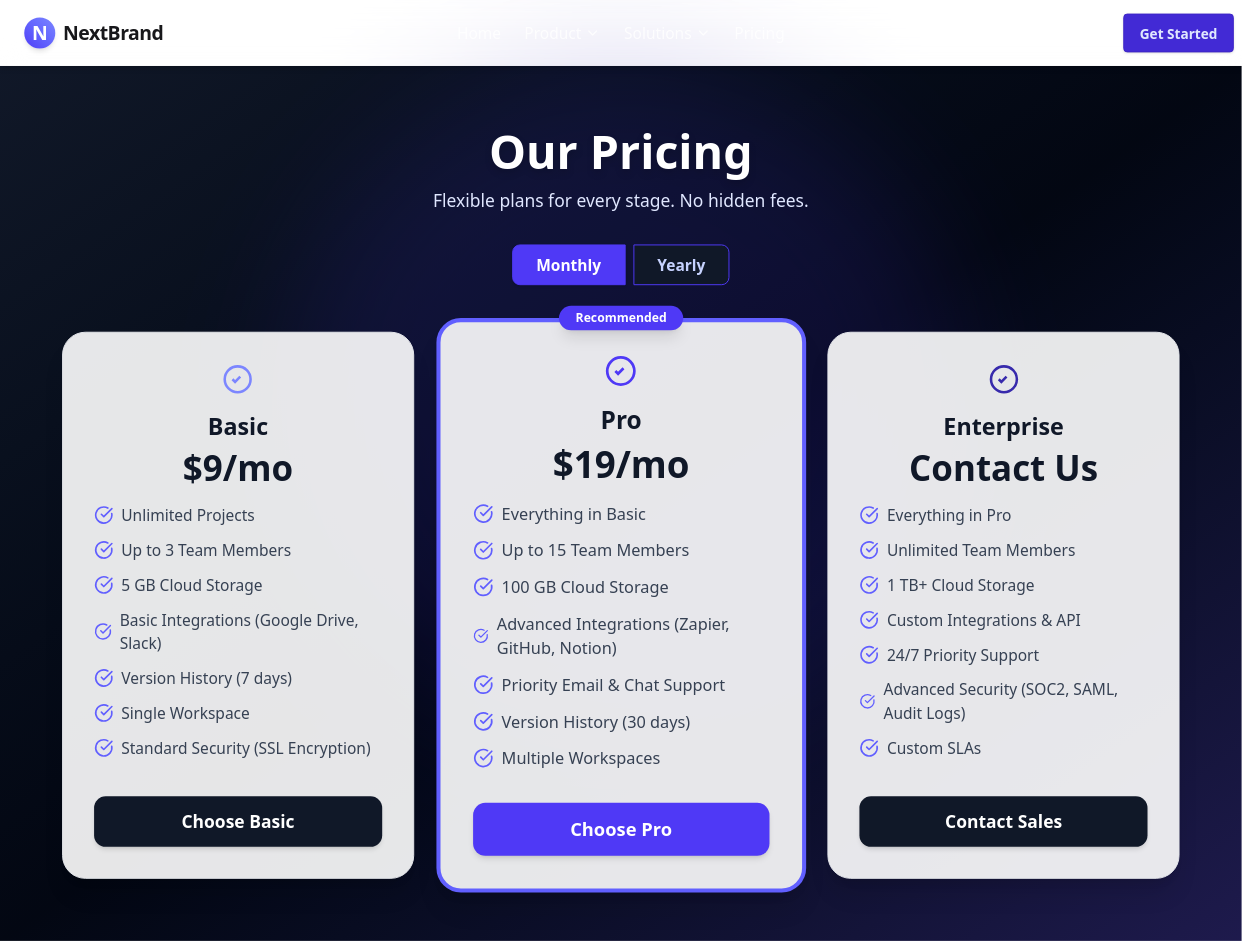
Repository: Chiranshukapil/Next_Brand
Page: /pricing
These files come from the project's save history. The page is drawn as it stood at one moment and after the next save; the edit follows.
The browser window is 1280 px wide. The pictures show the whole page, at 97% of full size.
The project was rebuilt for these pictures with package versions that can differ from the ones it lists, and the page was loaded fresh each time. Also part of the build but not shown: vite.config.js.

Above is the page before, as saved 2025-06-18 12:34:54.

### index.html
<!doctype html>
<html lang="en">
  <head>
    <meta charset="UTF-8" />
    <link rel="stylesheet" href="src/index.css">
    <meta name="viewport" content="width=device-width, initial-scale=1.0" />
    <title>NavBar</title>
  </head>
  <body classname="scroll-smooth">
    <div id="root"></div>
    <script type="module" src="/src/main.jsx"></script>
  </body>
</html>

### src/App.jsx
import { useState } from 'react'
import { BrowserRouter as Router, Routes, Route } from 'react-router-dom'
import Navbar from './Components/NavBar.jsx'
import PricingSection from './Components/PricingSection.jsx'

function App() {
  return (
    <Router>
      <Navbar />
      <Routes>

        <Route path="/pricing" element={<PricingSection />} />

      </Routes>
    </Router>
  )
}

export default App

### src/Components/NavBar.jsx
import React, { useState } from "react";
import { Link } from "react-router-dom";
import { Menu, X, ChevronDown } from "lucide-react";

// Use route paths in navLinks
const navLinks = [
  { name: "Home", href: "/" },
  {
    name: "Product",
    href: "/product",
    dropdown: [
      { name: "Overview", href: "/product/overview" },
      { name: "Features", href: "/product/features" },
    ],
  },
  {
    name: "Solutions",
    href: "/solutions",
    dropdown: [
      { name: "For Teams", href: "/solutions/teams" },
      { name: "For Individuals", href: "/solutions/individuals" },
    ],
  },
  { name: "Pricing", href: "/pricing" },
];

export default function Navbar() {
  const [menuOpen, setMenuOpen] = useState(false);
  const [dropdownOpen, setDropdownOpen] = useState(null);

  return (
    <nav className="navbar shadow-md sticky top-0 z-50 backdrop-blur-md bg-opacity-90 transition-all duration-300 flex justify-between items-center">

      <div className="navbar-start">
        <Link
          to="/"
          className="btn btn-ghost text-xl font-bold tracking-tight flex items-center gap-2 hover:text-indigo-500 transition-colors"
        >
          <span className="w-8 h-8 bg-gradient-to-tr from-indigo-600 to-indigo-400 rounded-full text-white flex items-center justify-center font-bold shadow-md">
            N
          </span>
          <span>NextBrand</span>
        </Link>
      </div>

      <div className="navbar-center hidden md:flex">
        <ul className="menu menu-horizontal px-1">
          {navLinks.map((link, index) => (
            <li
              key={link.name}
              onMouseEnter={() => setDropdownOpen(index)}
              onMouseLeave={() => setDropdownOpen(null)}
              className="relative"
            >
              {link.dropdown ? (
                <>
                  <Link
                    to={link.href}
                    className="text-base font-medium flex items-center gap-1 cursor-pointer text-white/80 hover:text-indigo-500 transition-colors"
                    aria-haspopup="true"
                    aria-expanded={dropdownOpen === index}
                    onClick={() => setDropdownOpen(null)}
                  >
                    {link.name}
                    <ChevronDown className="h-4 w-4" />
                  </Link>
                  {dropdownOpen === index && (
                    <ul className="absolute top-full left-0 mt-1 bg-gray-200 shadow-lg rounded-box p-2 w-48 z-50 animate-fade-in">
                      {link.dropdown.map((item) => (
                        <li key={item.name}>
                          <Link
                            to={item.href}
                            className="block px-3 py-1 rounded hover:bg-indigo-50 text-gray-800 transition"
                            onClick={() => setDropdownOpen(null)}
                          >
                            {item.name}
                          </Link>
                        </li>
                      ))}
                    </ul>
                  )}
                </>
              ) : (
                <Link
                  to={link.href}
                  className="text-base font-medium text-white/80 hover:text-indigo-500 transition"
                  onClick={() => setDropdownOpen(null)}
                >
                  {link.name}
                </Link>
              )}
            </li>
          ))}
        </ul>
      </div>

      <div className="navbar-end flex items-center">
        <Link
          to="/get-started"
          className="btn btn-primary font-semibold shadow hidden md:inline-flex"
        >
          Get Started
        </Link>
        <button
          aria-label="Toggle menu"
          className="btn btn-ghost md:hidden ml-2"
          onClick={() => setMenuOpen((v) => !v)}
        >
          {menuOpen ? (
            <X className="h-6 w-6 text-indigo-600" />
          ) : (
            <Menu className="h-6 w-6 text-indigo-600" />
          )}
        </button>

        <div
          className={`absolute top-full right-2 left-2 z-40 md:hidden overflow-hidden transition-all duration-300 ease-in-out bg-white rounded-box shadow-lg ${
            menuOpen ? "max-h-96" : "max-h-0"
          }`}
        >
          <ul tabIndex={0} className="menu menu-sm p-2 w-full">
            {navLinks.map((link) => (
              <li key={link.name}>
                {link.dropdown ? (
                  <details>
                    <summary className="text-base cursor-pointer flex items-center justify-between text-gray-800">
                      <Link
                        to={link.href}
                        className="flex items-center gap-1"
                        onClick={() => setMenuOpen(false)}
                      >
                        {link.name}
                      </Link>
                    </summary>
                    <ul className="p-2">
                      {link.dropdown.map((item) => (
                        <li key={item.name}>
                          <Link
                            to={item.href}
                            className="text-base text-gray-800"
                            onClick={() => setMenuOpen(false)}
                          >
                            {item.name}
                          </Link>
                        </li>
                      ))}
                    </ul>
                  </details>
                ) : (
                  <Link
                    to={link.href}
                    className="text-base text-gray-800"
                    onClick={() => setMenuOpen(false)}
                  >
                    {link.name}
                  </Link>
                )}
              </li>
            ))}
            <li className="mt-2">
              <Link
                to="/get-started"
                className="btn btn-primary w-full"
                onClick={() => setMenuOpen(false)}
              >
                Get Started
              </Link>
            </li>
          </ul>
        </div>
      </div>
    </nav>
  );
}

### src/Components/PricingSection.jsx
import { CheckCircle } from "lucide-react";
import { useState } from "react";

const plans = [
  {
    name: "Basic",
    icon: (
      <svg className="w-6 h-6 sm:w-7 sm:h-7 md:w-8 md:h-8 text-indigo-400" fill="none" stroke="currentColor" strokeWidth="2" viewBox="0 0 24 24">
        <circle cx="12" cy="12" r="10"/><path d="M8 12l2 2 4-4"/>
      </svg>
    ),
    monthly: 9,
    yearly: 90,
    features: [
      "Unlimited Projects",
      "Up to 3 Team Members",
      "5 GB Cloud Storage",
      "Basic Integrations (Google Drive, Slack)",
      "Version History (7 days)",
      "Single Workspace",
      "Standard Security (SSL Encryption)"
    ],
    recommended: false,
  },
  {
    name: "Pro",
    icon: (
      <svg className="w-6 h-6 sm:w-7 sm:h-7 md:w-8 md:h-8 text-indigo-600" fill="none" stroke="currentColor" strokeWidth="2" viewBox="0 0 24 24">
        <circle cx="12" cy="12" r="10"/><path d="M8 12l2 2 4-4"/>
      </svg>
    ),
    monthly: 19,
    yearly: 190,
    features: [
      "Everything in Basic",
      "Up to 15 Team Members",
      "100 GB Cloud Storage",
      "Advanced Integrations (Zapier, GitHub, Notion)",
      "Priority Email & Chat Support",
      "Version History (30 days)",
      "Multiple Workspaces"
    ],
    recommended: true,
  },
  {
    name: "Enterprise",
    icon: (
      <svg className="w-6 h-6 sm:w-7 sm:h-7 md:w-8 md:h-8 text-indigo-800" fill="none" stroke="currentColor" strokeWidth="2" viewBox="0 0 24 24">
        <circle cx="12" cy="12" r="10"/><path d="M8 12l2 2 4-4"/>
      </svg>
    ),
    monthly: null,
    yearly: null,
    features: [
      "Everything in Pro",
      "Unlimited Team Members",
      "1 TB+ Cloud Storage",
      "Custom Integrations & API",
      "24/7 Priority Support",
      "Advanced Security (SOC2, SAML, Audit Logs)",
      "Custom SLAs"
    ],
    recommended: false,
    contact: true,
  },
];

export default function PricingSection() {
  const [billing, setBilling] = useState("monthly");

  const displayPrice = (plan) => {
    if (plan.contact) return "Contact Us";
    if (billing === "yearly") return `$${plan.yearly}/yr`;
    return `$${plan.monthly}/mo`;
  };

  return (
    <section className="relative py-8 px-3 sm:px-2 md:py-16 md:px-6 bg-gradient-to-br from-gray-900 via-gray-950 to-indigo-950 min-h-[100vh]">
      {/* Decorative background shapes */}
      <div className="absolute top-0 left-1/2 -translate-x-1/2 w-[300px] h-[300px] sm:w-[500px] sm:h-[500px] md:w-[700px] md:h-[700px] rounded-full bg-indigo-800 opacity-20 blur-3xl pointer-events-none"></div>
      <div className="relative z-10 max-w-6xl mx-auto">
        <h2 className="text-2xl sm:text-3xl md:text-5xl font-extrabold text-center mb-2 sm:mb-3 text-white drop-shadow-lg">
          Our Pricing
        </h2>
        <p className="text-center text-indigo-100 mb-4 sm:mb-6 md:mb-8 text-sm sm:text-base md:text-lg">
          Flexible plans for every stage. No hidden fees.
        </p>
        {/* Billing toggle */}
        <div className="flex justify-center mb-4 sm:mb-6 md:mb-12 gap-2">
          <button
            className={`px-3 py-1.5 sm:px-4 sm:py-2 md:px-6 md:py-2 rounded-l-lg font-semibold transition-colors duration-200 hover:cursor-pointer border border-indigo-600 focus:outline-none text-xs sm:text-sm md:text-base ${
              billing === "monthly"
                ? "bg-indigo-600 text-white shadow"
                : "bg-gray-900 text-indigo-200 hover:bg-indigo-700/20"
            }`}
            onClick={() => setBilling("monthly")}
          >
            Monthly
          </button>
          <button
            className={`px-3 py-1.5 sm:px-4 sm:py-2 md:px-6 md:py-2 rounded-r-lg font-semibold transition-colors duration-200 hover:cursor-pointer border border-indigo-600 focus:outline-none text-xs sm:text-sm md:text-base ${
              billing === "yearly"
                ? "bg-indigo-600 text-white shadow"
                : "bg-gray-900 text-indigo-200 hover:bg-indigo-700/20"
            }`}
            onClick={() => setBilling("yearly")}
          >
            Yearly
          </button>
        </div>
        <div className="grid grid-cols-1 md:grid-cols-3 gap-4 sm:gap-6 md:gap-8 items-stretch">
          {plans.map((plan) => (
            <div
              key={plan.name}
              className={`relative flex flex-col p-4 sm:p-4 md:p-8 rounded-2xl md:rounded-3xl border transition-transform duration-200 bg-white/90 shadow-xl hover:scale-[1.03] w-full max-w-xs sm:max-w-md mx-auto h-full ${
                plan.recommended
                  ? "border-4 border-indigo-500 bg-indigo-50 z-20 md:scale-105 shadow-2xl"
                  : "border-gray-200"
              }`}
            >
              {plan.recommended && (
                <span className="absolute -top-3 sm:-top-4 left-1/2 -translate-x-1/2 bg-indigo-600 text-white text-[10px] sm:text-xs px-3 sm:px-4 py-1 rounded-full font-semibold shadow-lg z-30">
                  Recommended
                </span>
              )}
              <div className="flex justify-center mb-2 sm:mb-3 md:mb-4">{plan.icon}</div>
              <h3 className="text-lg sm:text-xl md:text-2xl font-bold mb-1 sm:mb-2 text-gray-900 text-center">{plan.name}</h3>
              <div className="text-2xl sm:text-3xl md:text-4xl font-extrabold mb-2 sm:mb-3 md:mb-4 text-center text-gray-900">{displayPrice(plan)}</div>
              <ul className="flex-1 mb-4 sm:mb-6 md:mb-8 space-y-1 sm:space-y-2 md:space-y-3 text-gray-700 text-xs sm:text-sm md:text-base">
                {plan.features.map((f) => (
                  <li key={f} className="flex items-center gap-1 sm:gap-2">
                    <CheckCircle className="w-4 h-4 sm:w-5 sm:h-5 text-indigo-500" />
                    <span>{f}</span>
                  </li>
                ))}
              </ul>
              <button
                className={`py-1.5 px-3 sm:py-2 sm:px-4 md:py-3 md:px-6 rounded-lg md:rounded-xl font-semibold text-sm sm:text-base md:text-lg transition-all hover:cursor-pointer duration-200 shadow-md focus:outline-none ${
                  plan.recommended
                    ? "bg-indigo-600 text-white hover:bg-indigo-700"
                    : "bg-gray-900 text-white hover:bg-indigo-600"
                }`}
              >
                {plan.contact ? "Contact Sales" : `Choose ${plan.name}`}
              </button>
            </div>
          ))}
        </div>
      </div>
    </section>
  );
}

Loaded but not shown: src/index.css (common file); src/main.jsx (common file)

After the next save:
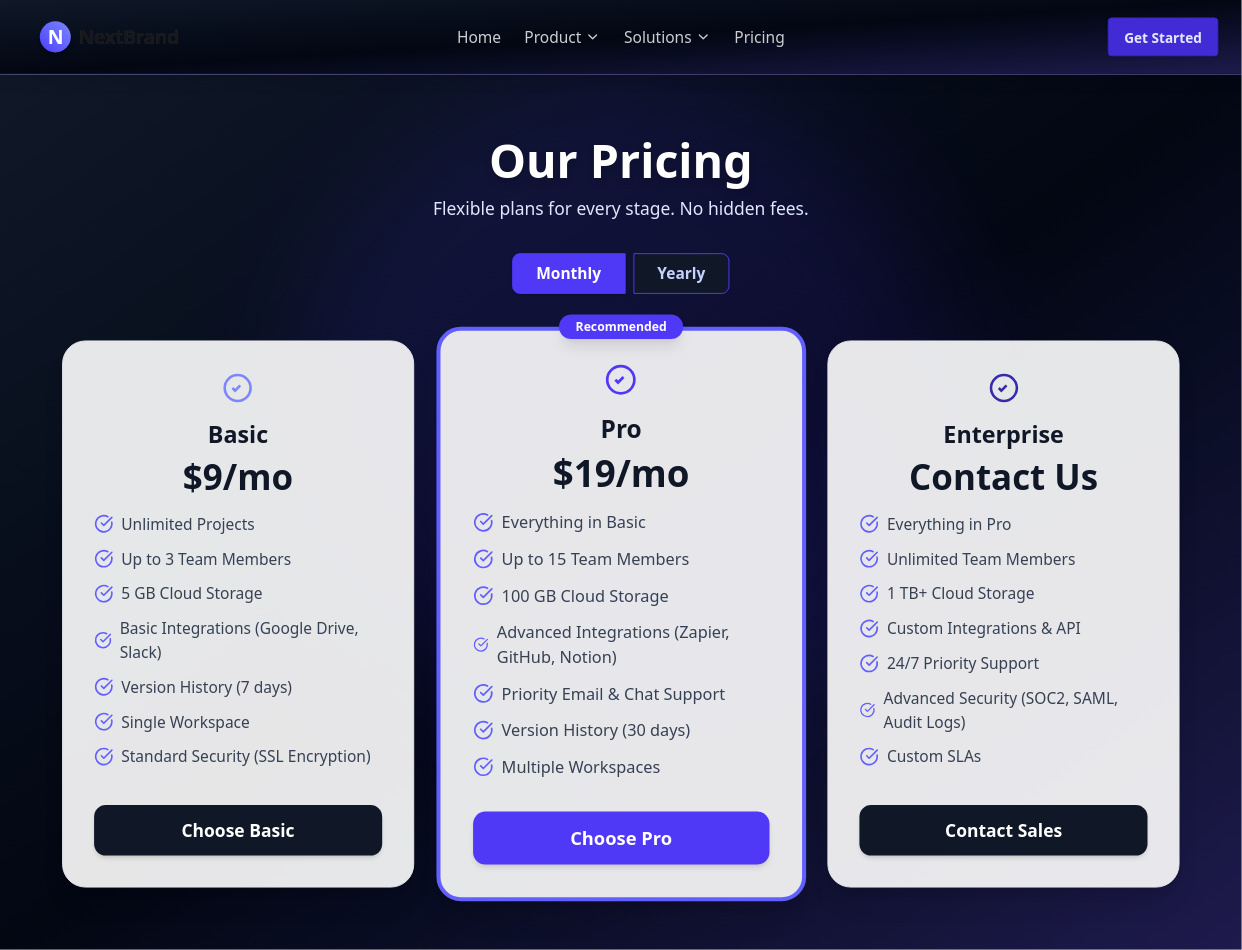
Saved 14 s later.
--- a/src/Components/NavBar.jsx
+++ b/src/Components/NavBar.jsx
@@ -29,7 +29,7 @@
   const [dropdownOpen, setDropdownOpen] = useState(null);
 
   return (
-    <nav className="navbar shadow-md sticky top-0 z-50 backdrop-blur-md bg-opacity-90 transition-all duration-300 flex justify-between items-center">
+    <nav className="sticky top-0 z-50 bg-gradient-to-br from-gray-900 via-gray-950 to-indigo-950 backdrop-blur-md bg-opacity-80 border-b border-indigo-800/30 shadow-lg flex justify-between items-center px-6 py-3">
 
       <div className="navbar-start">
         <Link

After the save that followed:
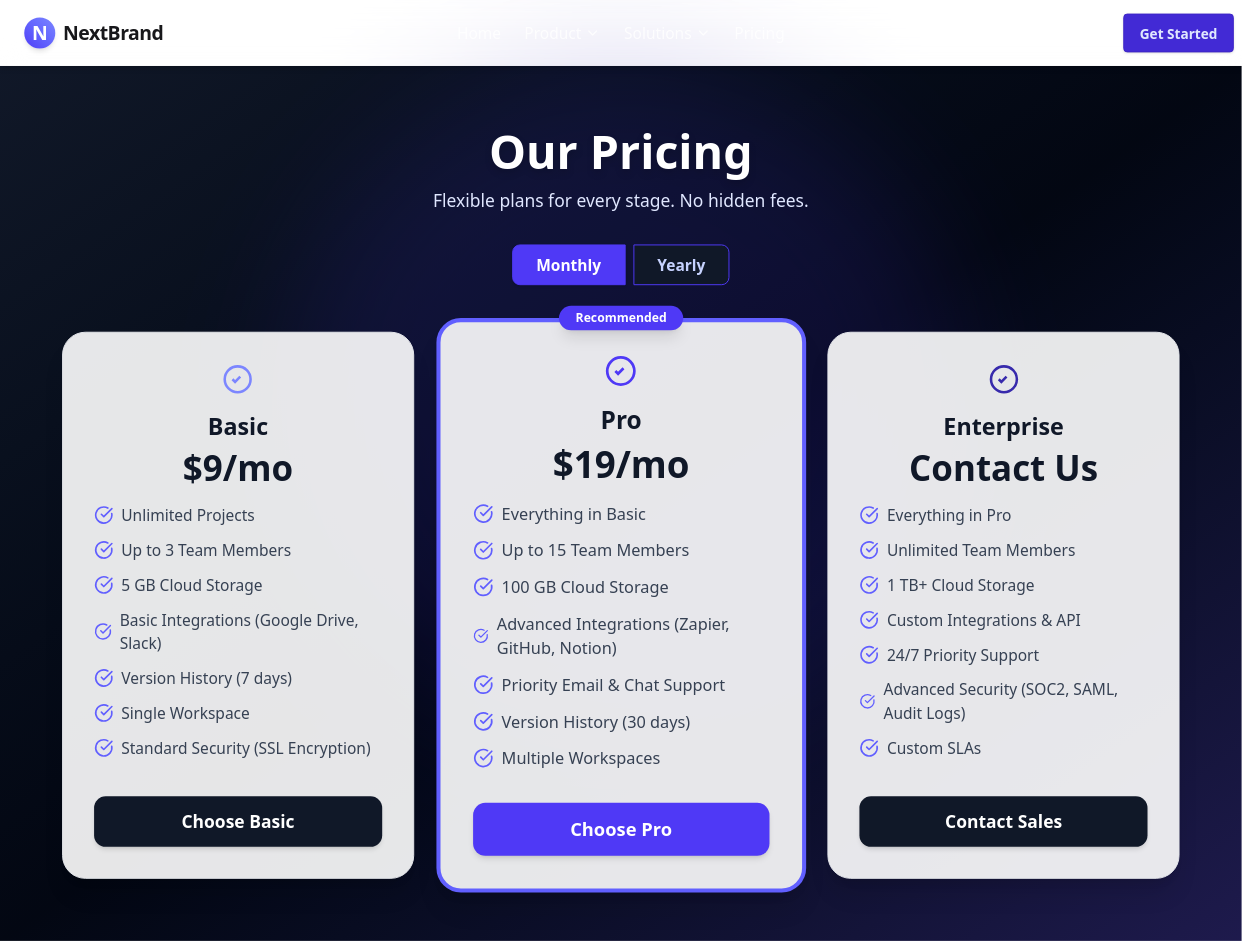
Saved 7 s later.
--- a/src/Components/NavBar.jsx
+++ b/src/Components/NavBar.jsx
@@ -29,7 +29,7 @@
   const [dropdownOpen, setDropdownOpen] = useState(null);
 
   return (
-    <nav className="sticky top-0 z-50 bg-gradient-to-br from-gray-900 via-gray-950 to-indigo-950 backdrop-blur-md bg-opacity-80 border-b border-indigo-800/30 shadow-lg flex justify-between items-center px-6 py-3">
+    <nav className="navbar shadow-md sticky top-0 z-50 backdrop-blur-md bg-opacity-90 transition-all duration-300 flex justify-between items-center">
 
       <div className="navbar-start">
         <Link
